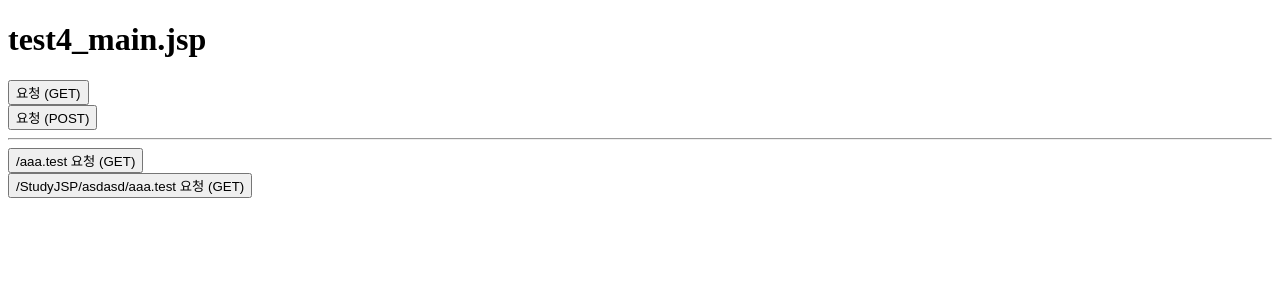
Repository: junesse-afk/ITJSP
Page: http://localhost/StudyJSP/jsp09_servlet/test4_main.jsp
The author's editor kept a copy of each file at every save. The page is drawn from the files as they stood at one save, then again after the next save.
The browser window is 1280 px wide. The pictures show the whole page.
The page is served by Tomcat 10. Other server files are loaded and not shown.

Above is the page before, as saved 2024-11-26 07:42:07.

### workspace_jsp/StudyJSP/src/main/webapp/jsp09_servlet/test4_main.jsp
<%@ page language="java" contentType="text/html; charset=UTF-8"
    pageEncoding="UTF-8"%>
<!DOCTYPE html>
<html>
<head>
<meta charset="UTF-8">
<title>Insert title here</title>
</head>
<body>

	<h1>test4_main.jsp</h1>
	<form action="asdasd.test" method="get">
		<input type="submit" value="요청 (GET)">
	</form>
	<form action="qwer.test" method="post">
		<input type="submit" value="요청 (POST)">
	</form>
	<hr>

	<form action="/aaa.test" method="get">
		<input type="submit" value="/aaa.test 요청 (GET)">
	</form>

	<form action="/StudyJSP/asdasd/aaa.test" method="get">
		<input type="submit" value="/StudyJSP/asdasd/aaa.test 요청 (GET)">
	</form>


</body>
</html>

After the next save:
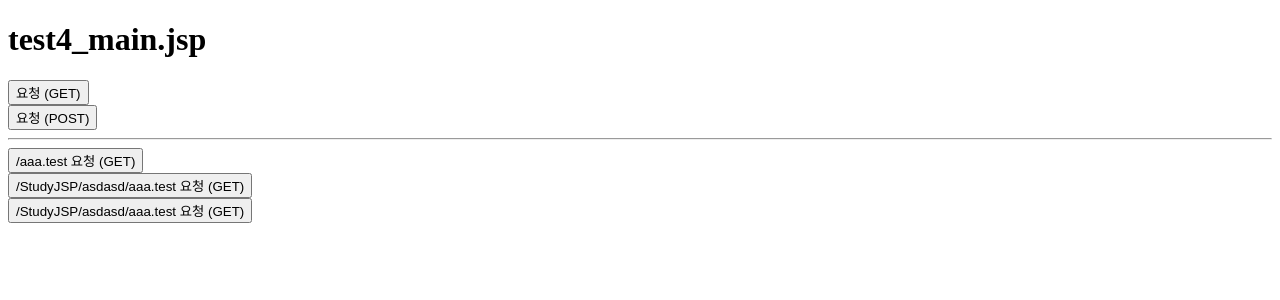
Saved 50 s later.
--- a/workspace_jsp/StudyJSP/src/main/webapp/jsp09_servlet/test4_main.jsp
+++ b/workspace_jsp/StudyJSP/src/main/webapp/jsp09_servlet/test4_main.jsp
@@ -24,7 +24,9 @@
 	<form action="/StudyJSP/asdasd/aaa.test" method="get">
 		<input type="submit" value="/StudyJSP/asdasd/aaa.test 요청 (GET)">
 	</form>
-
+	<form action="${pageContext.request.contextPath}/aaa.test" method="get">
+		<input type="submit" value="/StudyJSP/asdasd/aaa.test 요청 (GET)">
+	</form>
 
 </body>
 </html>
